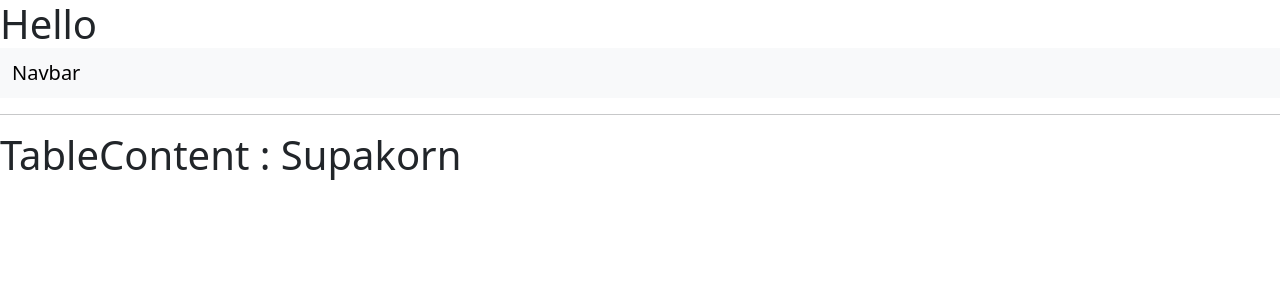
Repository: supakorn5039-boon/React-s
Page: /
The author's editor kept a copy of each file at every save. The page is drawn from the files as they stood at one save, then again after a run of saves.
The browser window is 1280 px wide. The pictures show the whole page.
The project was rebuilt for these pictures with package versions that can differ from the ones it lists, and the page was loaded fresh each time. Also part of the build but not shown: vite.config.js, src/inedx.css.

Above is the page before, as saved 2024-01-09 09:20:45.

### src/main.jsx
import React from "react";
import ReactDOM from "react-dom/client";
import App from "./App.jsx";
import "./inedx.css";
import "bootstrap/dist/css/bootstrap.css";

ReactDOM.createRoot(document.getElementById("root")).render(
  <React.StrictMode>
    <App />
  </React.StrictMode>
);

### src/App.jsx
import { useState } from "react";
import Navbar from "./components/Navbar";
import TableContent from "./components/TableContent";


export default function App() {
  const [data, setData] = useState("Supakorn");
  var name = "Boon";

  const handleShow = () => {
    console.log("Click");
  };

  return (
    <h1>
      Hello
      <Navbar text={name} handleShow={handleShow} setData={setData} />
      <hr />
      <TableContent data={data} />
    </h1>
  );
}

### src/components/Navbar.jsx
import { useState } from "react";

/* eslint-disable react/prop-types */
export default function Navbar() {
  const [show, setShow] = useState(false);

  const [s, setS] = useState([
    { name: "boon", detail: "msi" },
    { name: "Supakorn", detail: "coding" },
  ]);
  const handleClick = () => {
    setS(s + 1);
    setShow(true);
    if (show === true) {
      alert("555+");
    }
  };

  return (
    <>
      <nav className="navbar bg-body-tertiary">
        <div className="container-fluid">
          <a className="navbar-brand" href="#">
            Navbar
          </a>
        </div>
      </nav>
    </>
  );
}

### src/components/TableContent.jsx
export default function TableContent({ data }) {
  return (
  <div>TableContent : {data}</div>
  )
}

### src/components/Card.jsx

export default function Card() {
  return (
    <div>

    </div>
  )
}

Loaded but not shown: index.html (common file)

After the next 8 saves:
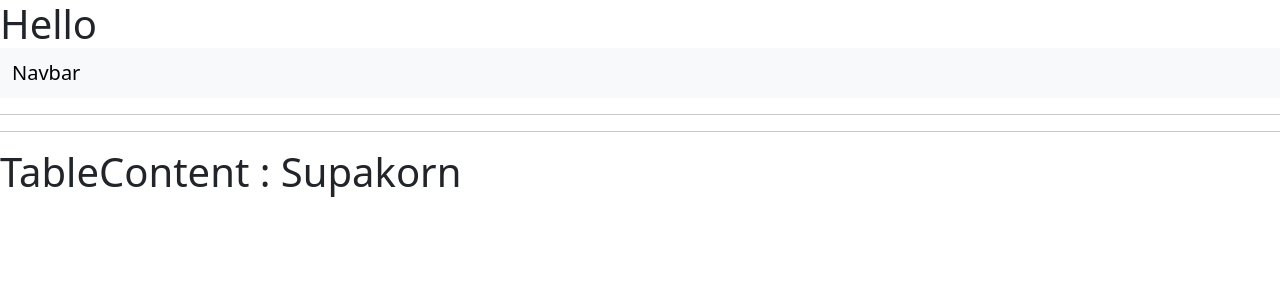
The 8 saves are shown as one change because they came seconds apart.
The last was saved 29 s later.
--- a/src/App.jsx
+++ b/src/App.jsx
@@ -1,7 +1,7 @@
 import { useState } from "react";
 import Navbar from "./components/Navbar";
 import TableContent from "./components/TableContent";
-
+import Card from "./components/Card";
 
 export default function App() {
   const [data, setData] = useState("Supakorn");
@@ -16,6 +16,8 @@ export default function App() {
       Hello
       <Navbar text={name} handleShow={handleShow} setData={setData} />
       <hr />
+      <Card />
+      <hr />
       <TableContent data={data} />
     </h1>
   );
